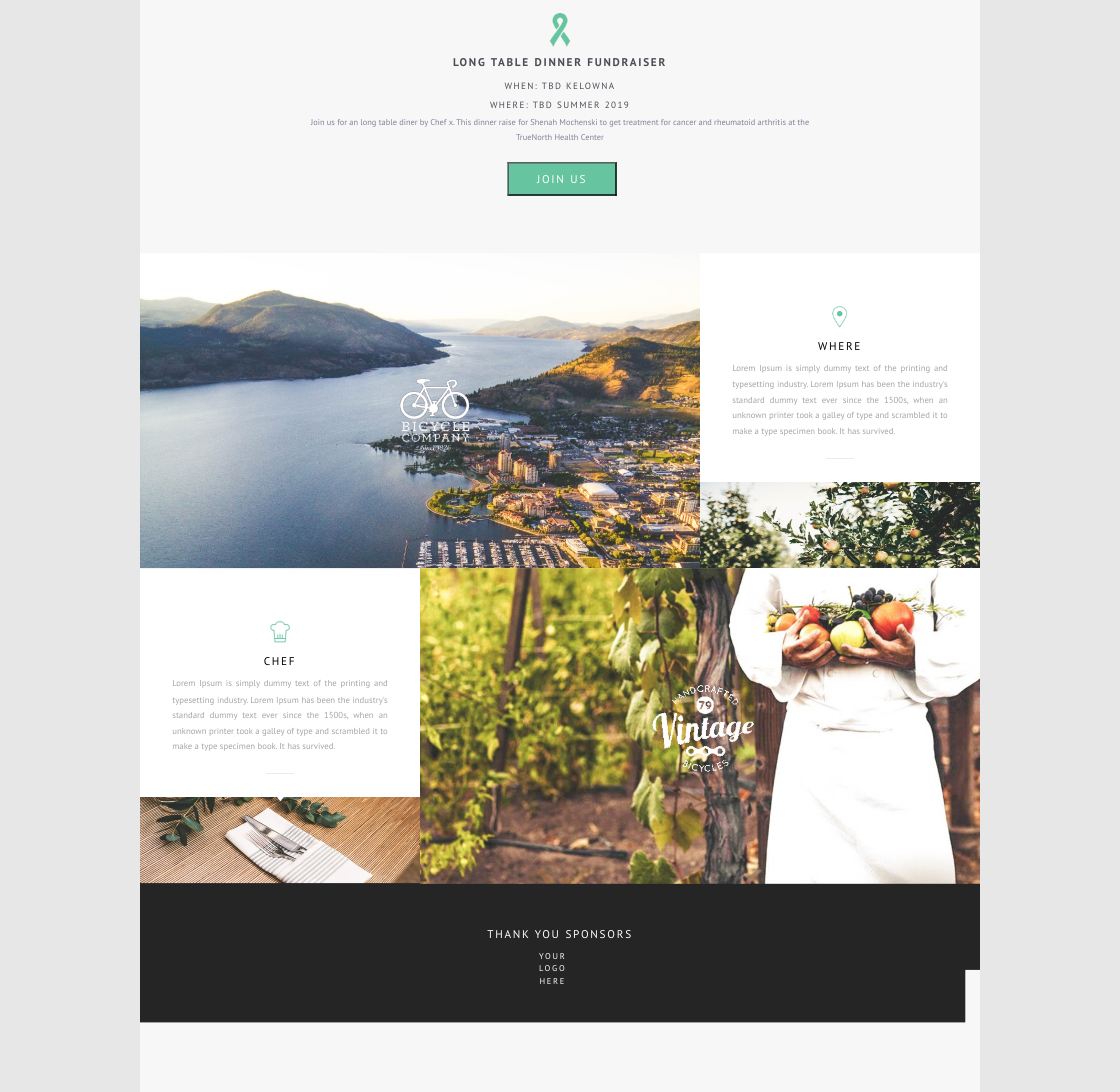
Repository: vancodes/longtable
Page: index.html
These files come from the project's save history. The page is drawn as it stood at one moment and after the next save; the edit follows.
The browser window is 1280 px wide. The page is 1600 px wide, so the pictures cover 1600 px, including what lies to the right of the window. The pictures show the part of the page from y = 812 to 2372 px (the page is 2372 px tall before and 2295 px after), at 70% of full size.

Above is the page before, as saved 2019-04-08 16:33:50.

After the next save:
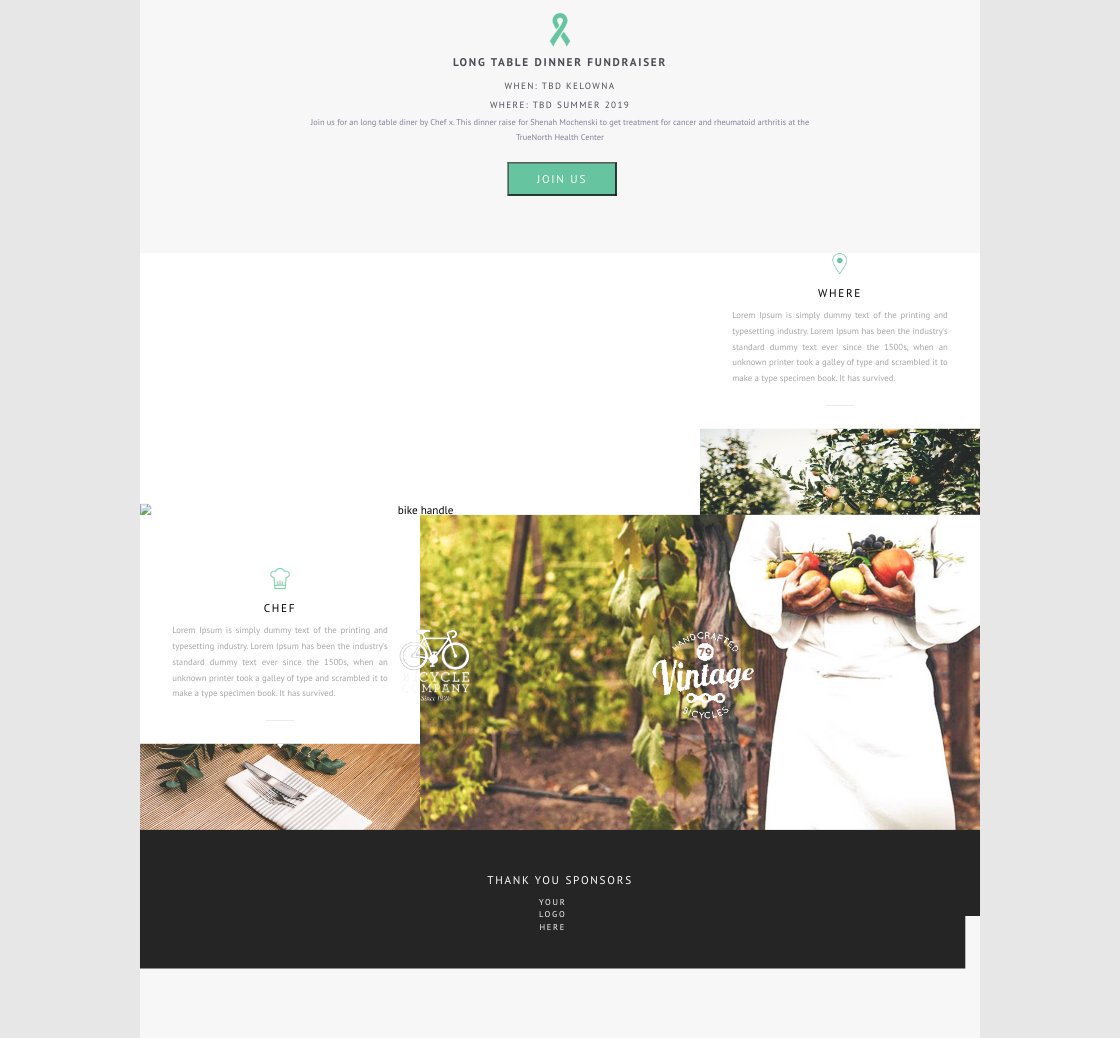
Saved 2 min 46 s later.
--- a/index.html
+++ b/index.html
@@ -49,7 +49,7 @@
               <img src="assets/bicycle-company-logo.png" alt="company logo">
             </div>
             <div id="vintage-left">
-              <img src="assets\bike-1.jpg" alt="bike handle">
+              <img src="" alt="bike handle">
             </div>
           </div>
           <div class="first-right">

After the save that followed:
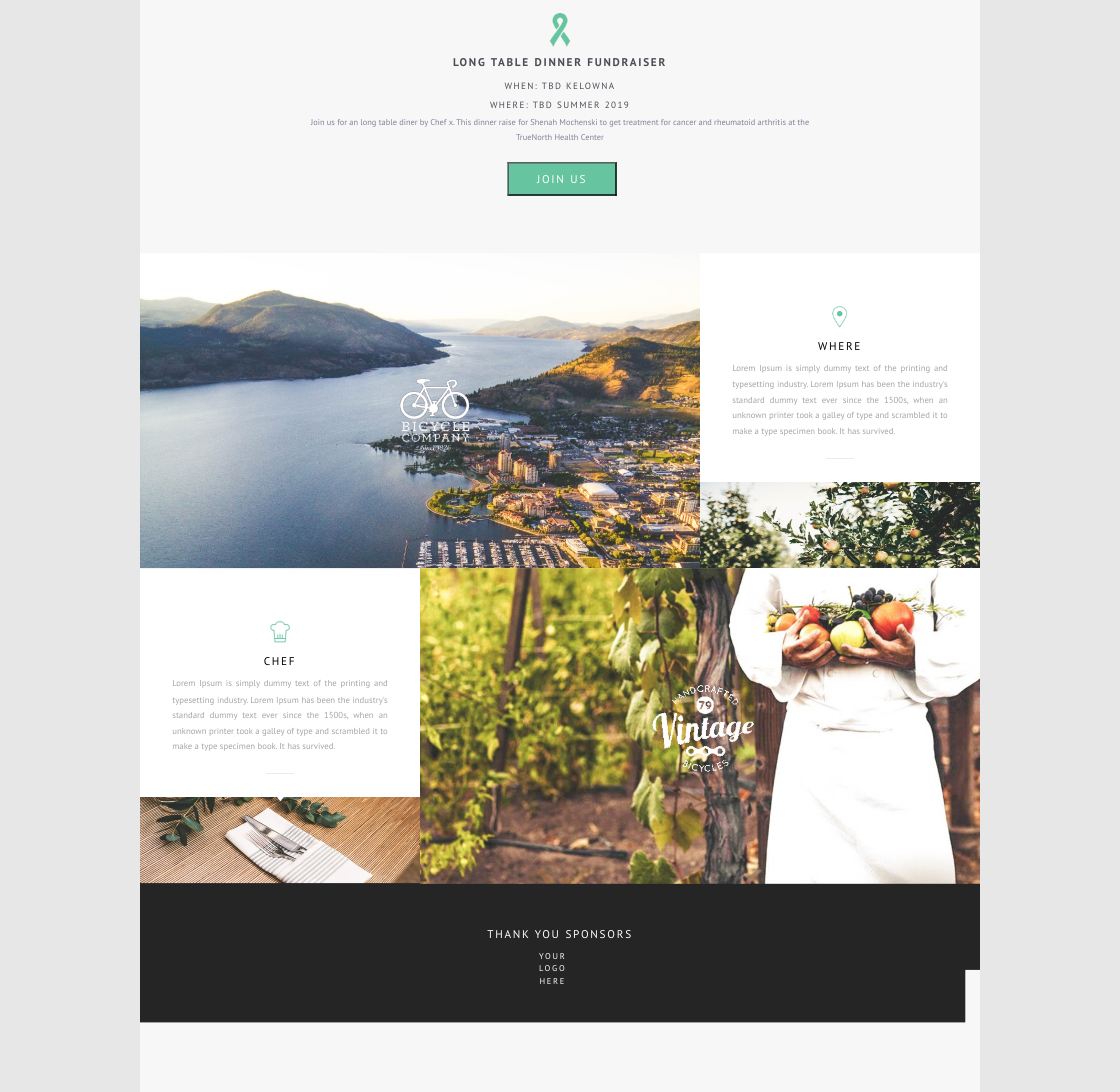
Saved 10 s later.
--- a/index.html
+++ b/index.html
@@ -49,7 +49,7 @@
               <img src="assets/bicycle-company-logo.png" alt="company logo">
             </div>
             <div id="vintage-left">
-              <img src="" alt="bike handle">
+              <img src="assets\bike-1.jpg" alt="bike handle">
             </div>
           </div>
           <div class="first-right">
